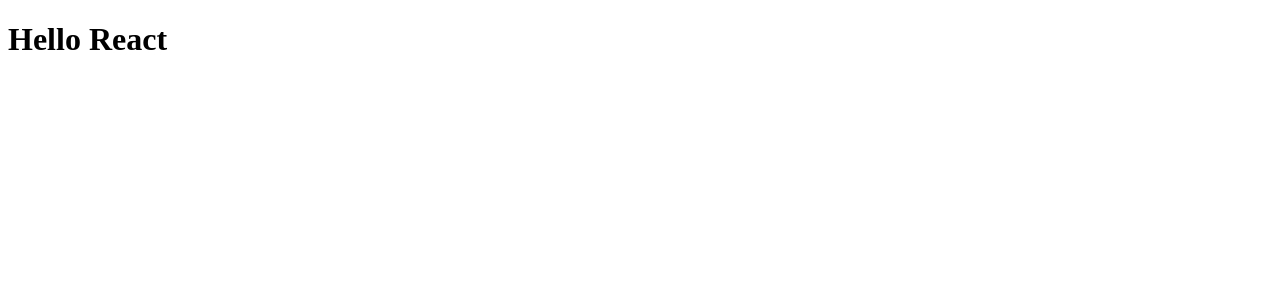
Repository: guilhermecardoso93/nlwreturn-react
Page: /
An editor plug-in stored every save of this project. The page is shown before and after the next save, followed by the edit.
The browser window is 1280 px wide. The pictures show the whole page.
The project was rebuilt for these pictures with package versions that can differ from the ones it lists, and the page was loaded fresh each time. Also part of the build but not shown: vite.config.ts.

Above is the page before, as saved 2022-05-02 20:37:31.

After the next save:
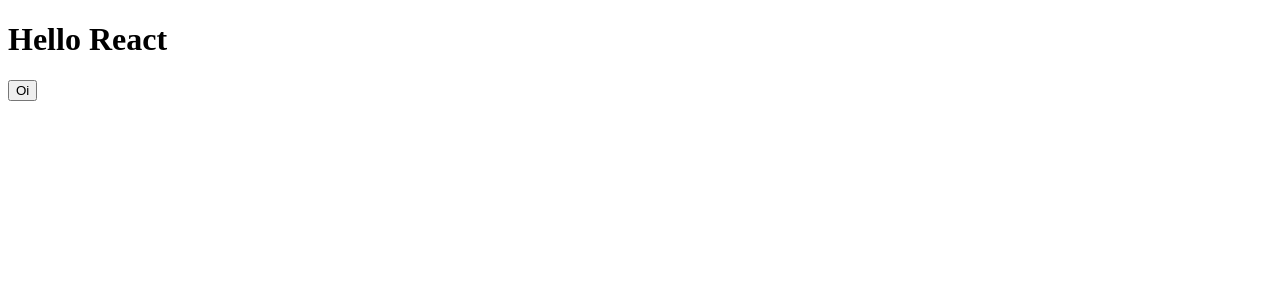
Saved 80 s later.
--- a/src/App.tsx
+++ b/src/App.tsx
@@ -1,5 +1,14 @@
+function Button() {
+  return <button>Oi</button>;
+}
+
 function App() {
-  return <h1>Hello React</h1>;
+  return (
+    <>
+      <h1>Hello React</h1>
+      <Button></Button>
+    </>
+  );
 }
 
 export default App;
